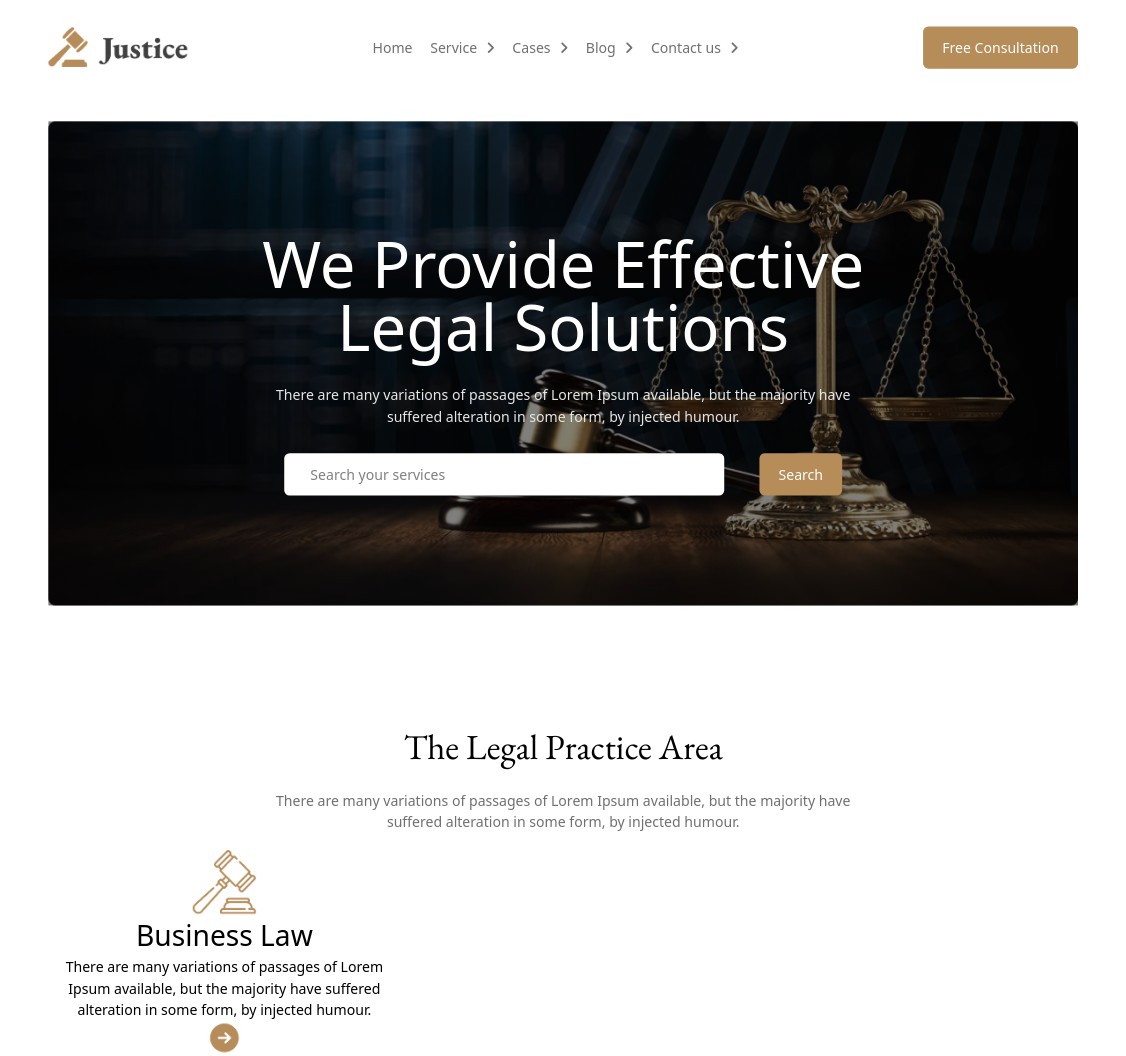
Repository: nahid-hasann/website-6
Page: index.html
These files come from the project's save history. The page is drawn as it stood at one moment and after a run of saves; the edit follows.
The browser window is 1280 px wide. The pictures show the whole page, at 88% of full size.

Above is the page before, as saved 2025-07-20 23:47:10.

### index.html
<!DOCTYPE html>
<html lang="en">
<head>
    <meta charset="UTF-8">
    <meta name="viewport" content="width=device-width, initial-scale=1.0">
    <script src="https://cdn.jsdelivr.net/npm/@tailwindcss/browser@4"></script>
    <title>Document</title>
    <link rel="stylesheet" href="style.css">
    <link rel="stylesheet" href="https://cdnjs.cloudflare.com/ajax/libs/font-awesome/6.7.2/css/all.min.css" integrity="sha512-Evv84Mr4kqVGRNSgIGL/F/aIDqQb7xQ2vcrdIwxfjThSH8CSR7PBEakCr51Ck+w+/U6swU2Im1vVX0SVk9ABhg==" crossorigin="anonymous" referrerpolicy="no-referrer" />
</head>
<body>

<header>

<div class="flex mx-auto w-[1170px]  justify-between items-center my-[30px] ">
    <div>
        <img src="images/logo2.png" alt="">
    </div>
    <div>
        <ul class="flex gap-[20px] text-[#707070]">
            <li><a href="">Home</a></li>
            <li><a href="">Service<i class="fa-solid fa-angle-right ml-[10px]"></i></a></li>
            <li><a href="">Cases<i class="fa-solid fa-angle-right ml-[10px]"></i></a></li>
            <li><a href="">Blog<i class="fa-solid fa-angle-right ml-[10px]"></i></a></li>
            <li><a href="">Contact us<i class="fa-solid fa-angle-right ml-[10px]"></i></a></li>
        </ul>
    </div>
    <div>
        <button class="bg-[#b68c59] py-[12px] px-[22px] text-white rounded-md" >Free Consultation</button>
    </div>
</div>


<div class="banner-img w-[1170px] h-[550px] mx-auto  flex flex-col items-center justify-center mt-[60px] mb-[130px]">
      <div class="banner-content w-[692px]">
         <h1 class="text-[72px] text-center text-white leading-none">We Provide Effective  Legal Solutions</h1>
       <p class="my-[30px] text-center  text-[#E7E7E7]">There are many variations of passages of Lorem Ipsum available, but the majority have suffered alteration in some form, by injected humour.</p>
       <div class="flex justify-center gap-[40px]">
        <input class="bg-white py-[12px] px-[30px] pr-[70px] w-[500px] rounded-md" type="text" name="" placeholder="Search your services" id="">
        <button class="bg-[#b68c59] py-[12px] px-[22px] text-white rounded-md" >Search</button>
       </div>
      </div>
</div>


</header>


<main class="w-[1170px] mx-auto">
    <section class="card-section">
        <div class="card-content">
            <h1 class="eb-garamond-ok text-[40px] text-center ">The Legal Practice Area</h1>
            <p class="text-center text-[#707070] my-[20px]">There are many variations of passages of Lorem Ipsum available, but the majority have <br> suffered alteration in some form, by injected humour.</p>
        </div>

        <div class="card-div">
            <div class="card w-[400px] flex flex-col items-center justify-center text-center">
                  <img src="images/business.png" alt="">
                  <h1 class="text-[32px]">Business Law</h1>
                  <p class="">There are many variations of passages of Lorem Ipsum available, but the majority have suffered alteration in some form, by injected humour.</p>
                  <img src="images/Frame.png" alt="">
            </div>
        </div>
    </section>
</main>





</body>
</html>

### style.css
@import url('https://fonts.googleapis.com/css2?family=EB+Garamond:ital,wght@0,400..800;1,400..800&display=swap');


.eb-garamond-ok {
  font-family: "EB Garamond", serif;
  font-optical-sizing: auto;
  font-style: normal;
}


.banner-img{
    background-image: linear-gradient(rgba(0, 0, 0, 0.5), rgba(0, 0, 0, 0.5)), url('images/banner.png');
}

After the next 2 saves:
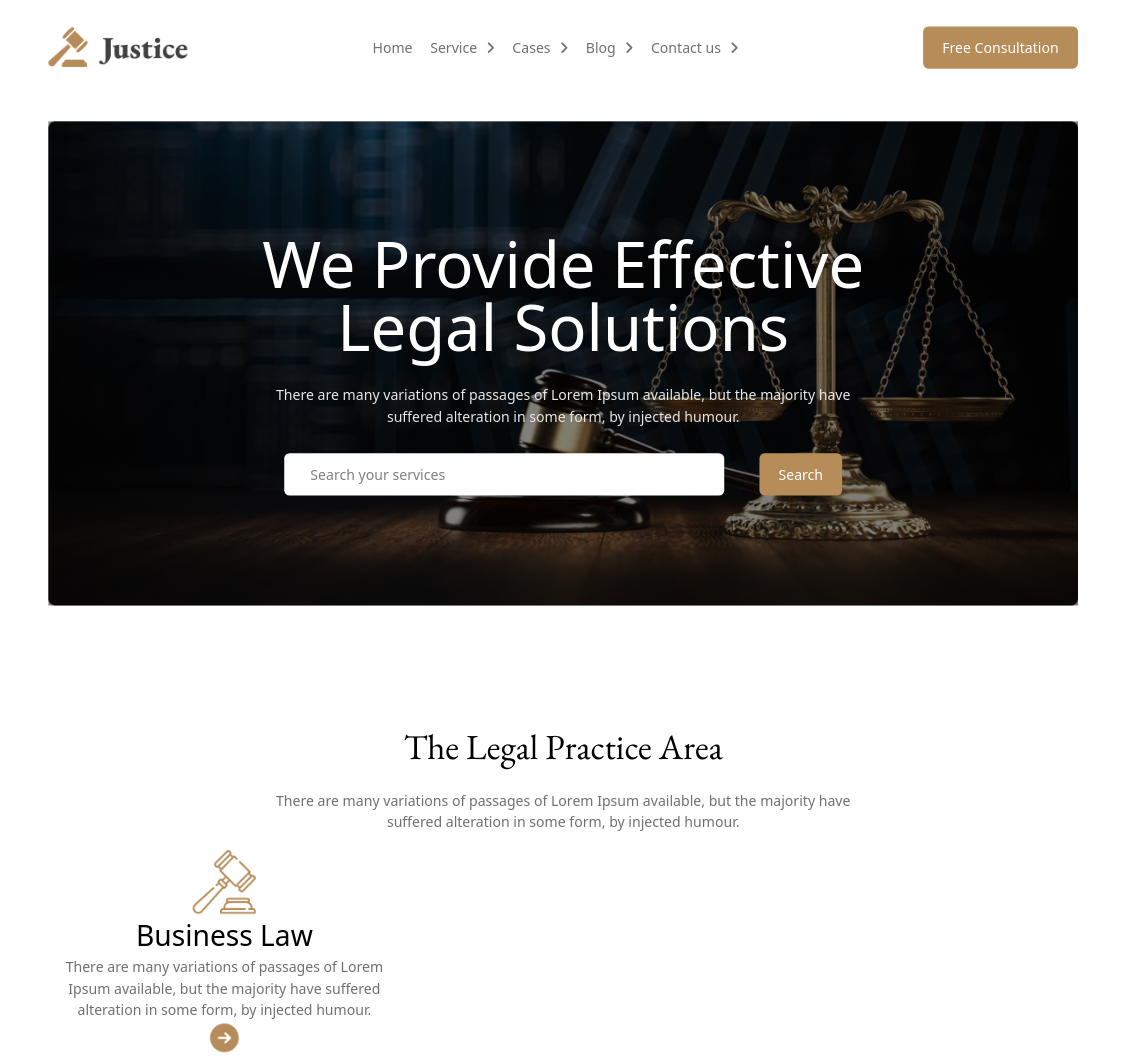
The 2 saves are shown as one change because they came seconds apart.
The last was saved 8 s later.
--- a/index.html
+++ b/index.html
@@ -57,7 +57,7 @@
             <div class="card w-[400px] flex flex-col items-center justify-center text-center">
                   <img src="images/business.png" alt="">
                   <h1 class="text-[32px]">Business Law</h1>
-                  <p class="">There are many variations of passages of Lorem Ipsum available, but the majority have suffered alteration in some form, by injected humour.</p>
+                  <p class="text-[#707070]">There are many variations of passages of Lorem Ipsum available, but the majority have suffered alteration in some form, by injected humour.</p>
                   <img src="images/Frame.png" alt="">
             </div>
         </div>
